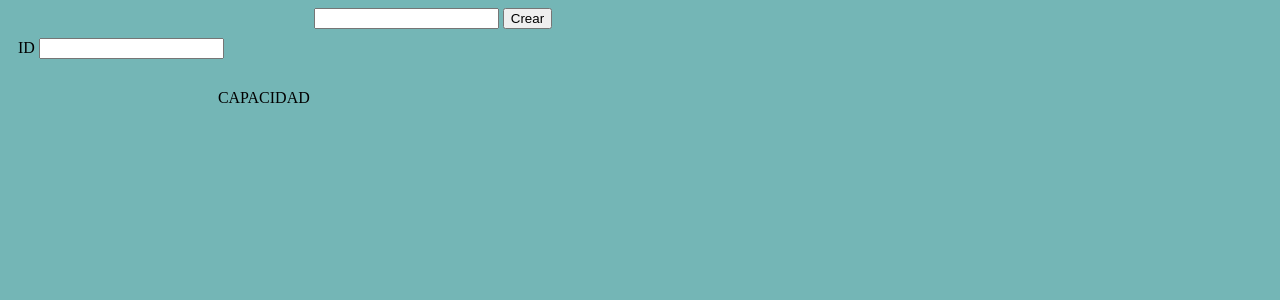
Repository: Robin-Rivadeneira/prueva_pablo
Page: index.html
These files come from the project's save history. The page is drawn as it stood at one moment and after a run of saves; the edit follows.
The browser window is 1280 px wide. The pictures show the whole page.

Above is the page before, as saved 2020-01-16 20:28:43.

After the next 2 saves:
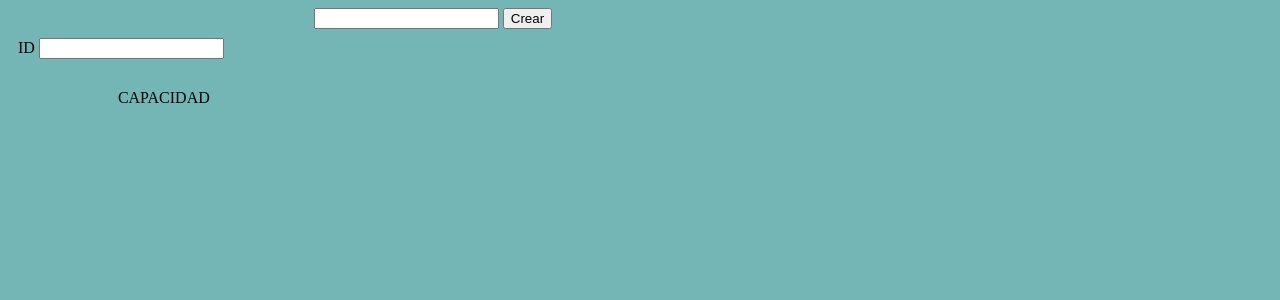
The 2 saves are shown as one change because they came seconds apart.
The last was saved 13 s later.
--- a/css/bomberos.css
+++ b/css/bomberos.css
@@ -15,4 +15,5 @@ body{
 .capacidad{
     position: relative;
     top: 80px;
+    right: 100px;
 }
